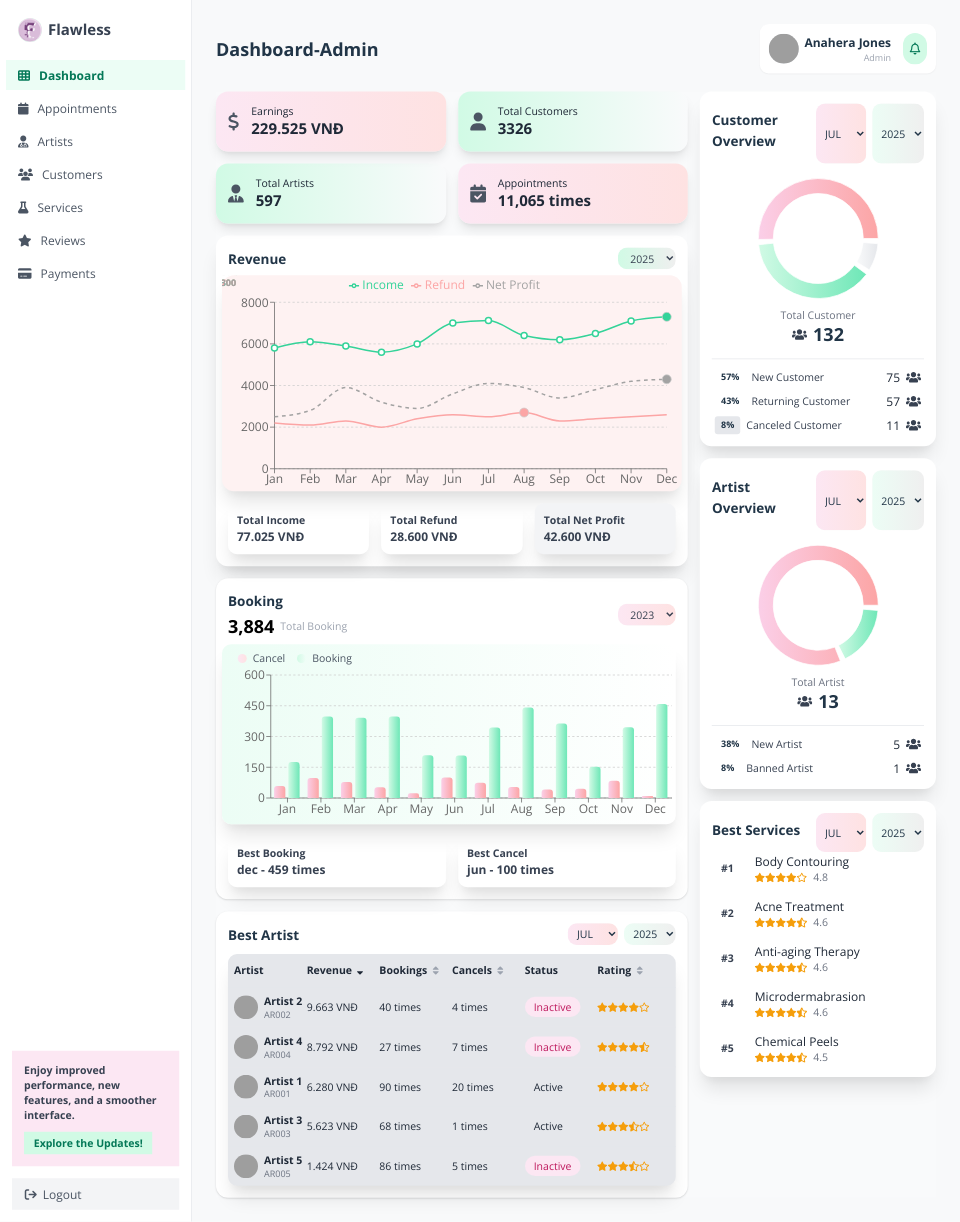
Repository: NguyenNgoQuangHoang/flawless
Page: /dashboard-admin
The author's editor kept a copy of each file at every save. The page is drawn from the files as they stood at one save, then again after the next save.
The browser window is 1280 px wide. The pictures show the whole page, at 75% of full size.
Pictures or frames that could not be fetched are drawn as grey boxes. The project was rebuilt for these pictures with package versions that can differ from the ones it lists, and the page was loaded fresh each time. Also part of the build but not shown: vite.config.ts, src/components/SearchFilterBar.tsx, src/components/CustomerTableRow.tsx, src/components/ItemsPerPageSelector.tsx, src/components/Pagination.tsx, src/components/CustomerTable.tsx, src/pages/Appointments.tsx, src/components/CustomerListTable.tsx and 17 more.

Above is the page before, as saved 2025-07-13 10:36:35.

### index.html
<!doctype html>
<html lang="en">
  <head>
    <meta charset="UTF-8" />
    <link rel="icon" type="image/svg+xml" href="/public/logo-flawless.png" />
    <meta name="viewport" content="width=device-width, initial-scale=1.0" />
    <title>Flawless</title>
    <link href="https://fonts.googleapis.com/css2?family=Allura&display=swap" rel="stylesheet">
    <link rel="stylesheet" href="https://fonts.googleapis.com/css2?family=Open+Sans:wght@400;700&display=swap" />
    <link rel="stylesheet" href="https://cdnjs.cloudflare.com/ajax/libs/font-awesome/6.5.0/css/all.min.css" />
  </head>
  <body>
    <div id="root"></div>
    <script type="module" src="/src/main.tsx"></script>
  </body>
</html>

### src/main.tsx
import { StrictMode } from 'react'
import { createRoot } from 'react-dom/client'
import './index.css'
import App from './App.tsx'
import { Provider } from 'react-redux'
import { store } from './redux/store'

createRoot(document.getElementById('root')!).render(
  <StrictMode>
    <Provider store={store}>
      <App />
    </Provider>
  </StrictMode>,
)

### src/index.css
/* Custom styles can be added below */
@import './styles/global.css';
@tailwind base;
@tailwind components;
@tailwind utilities;


body {
  margin: 0;
  padding: 0;
  width: 100vw;
  min-height: 100vh;
  overflow-x: hidden;
  font-family: 'Open Sans', system-ui, sans-serif;
  background: #f8f9fa;
}

:root {
  color-scheme: light dark;
  color: rgba(255, 255, 255, 0.87);
  background-color: #242424;

  font-synthesis: none;
  text-rendering: optimizeLegibility;
  -webkit-font-smoothing: antialiased;
  -moz-osx-font-smoothing: grayscale;
}

a {
  font-weight: 500;
  color: #646cff;
  text-decoration: inherit;
}
a:hover {
  color: #535bf2;
}

h1 {
  font-size: 3.2em;
  line-height: 1.1;
}

button {
  border-radius: 8px;
  border: 1px solid transparent;
  padding: 0.6em 1.2em;
  font-size: 1em;
  font-weight: 500;
  font-family: inherit;
  background-color: #1a1a1a;
  cursor: pointer;
  transition: border-color 0.25s;
}
button:hover {
  border-color: #646cff;
}
button:focus,
button:focus-visible {
  outline: 4px auto -webkit-focus-ring-color;
}

@media (prefers-color-scheme: light) {
  :root {
    color: #213547;
    background-color: #ffffff;
  }
  a:hover {
    color: #747bff;
  }
  button {
    background-color: #f9f9f9;
  }
}

### src/styles/global.css
/* Global styles */
* {
  margin: 0;
  padding: 0;
  box-sizing: border-box;
}

body {
  font-family: 'Open Sans', system-ui, -apple-system, BlinkMacSystemFont, 'Segoe UI', Roboto, Oxygen, Ubuntu, Cantarell, 'Helvetica Neue', sans-serif;
  -webkit-font-smoothing: antialiased;
  -moz-osx-font-smoothing: grayscale;
}

### src/components/Layout.tsx
// import Header from "./Header";
// import Sidebar from "./Sidebar";
// export default function Layout({ children }: { children: React.ReactNode }) {
//   return (
//     <div className="w-full max-w-[100vw] overflow-x-hidden">
//       <div className="flex min-h-screen bg-[#f8f9fa]">
//         <Sidebar/>
//         <main className="flex-1 p-2 sm:p-4 md:p-8 w-full max-w-[100vw] overflow-x-hidden">
//           <Header/>
//           {children}
//         </main>
//       </div>
//     </div>
//   )
// }

import { Outlet } from "react-router-dom";
import Header from "./Header";
import Sidebar from "./Sidebar";

export default function Layout() {
  return (
    <div className="w-full max-w-[100vw] overflow-x-hidden">
      <div className="flex min-h-screen bg-[#f8f9fa]">
        <Sidebar />
        <main className="flex-1 p-2 sm:p-4 md:p-8 w-full max-w-[100vw] overflow-x-hidden">
          <Header />
          <Outlet /> {/* Thay vì children */}
        </main>
      </div>
    </div>
  );
}

### src/pages/DashBoardAdminPage.tsx
import DashboardAdmin from "../components/DashboardAdmin";

export default function DashboardAdminPage() {
    return (
        <>
            <DashboardAdmin/>
        </>
    );
  }

### src/redux/slices/searchSlice.ts
import { createSlice } from '@reduxjs/toolkit';

interface SearchState {
  customerSearch: string;
  artistSearch: string;
  artistSearchReview: string;
  date: string;
}

// const today = new Date().toISOString().slice(0, 10);

const initialState: SearchState = {
  customerSearch: '',
  artistSearch: '',
  artistSearchReview: '',
  date: '',
};

const searchSlice = createSlice({
  name: 'search',
  initialState,
  reducers: {
    setCustomerSearch(state, action: { payload: string }) {
      state.customerSearch = action.payload;
    },
    setArtistSearch(state, action: { payload: string }) {
      state.artistSearch = action.payload;
    },
    setArtistSearchReview(state, action: { payload: string }) {
      state.artistSearchReview = action.payload;
    },
    setDate(state, action: { payload: string }) {
      state.date = action.payload;
    },
  },
});

export const { setCustomerSearch, setArtistSearch, setArtistSearchReview, setDate } = searchSlice.actions;
export default searchSlice.reducer;

### src/redux/slices/revenueSlice.ts
// src/redux/slices/revenueSlice.ts
import { createSlice, createAsyncThunk } from "@reduxjs/toolkit";

export const fetchTotalRevenue = createAsyncThunk(
  "revenue/fetchTotalRevenue",
  async () => {
    const res = await fetch("/api/totalRevenue.json");
    if (!res.ok) throw new Error("Failed to fetch totalRevenue.json");
    return await res.json();
  }
);

const revenueSlice = createSlice({
  name: "revenue",
  initialState: {
    data: null as any, // instead of `null`
    loading: false,
    error: null as string | null,
  },
  reducers: {},
  extraReducers: (builder) => {
    builder
      .addCase(fetchTotalRevenue.pending, (state) => {
        state.loading = true;
        state.error = null;
      })
      .addCase(fetchTotalRevenue.fulfilled, (state, action) => {
        state.loading = false;
        state.data = action.payload;
      })
      .addCase(fetchTotalRevenue.rejected, (state, action) => {
        state.loading = false;
        state.error = action.error.message || "Error fetching data";
      });
  },
});

export default revenueSlice.reducer;

### src/redux/slices/bookingSlice.ts
import { createSlice, createAsyncThunk } from "@reduxjs/toolkit";

export const fetchTotalBooking = createAsyncThunk(
  "booking/fetchTotalBooking",
  async () => {
    const res = await fetch("/api/totalBooking.json");
    if (!res.ok) throw new Error("Failed to fetch totalBooking.json");
    return await res.json();
  }
);

const bookingSlice = createSlice({
  name: "booking",
  initialState: {
    data: null as any, // instead of `null`
    loading: false,
    error: null as string | null,
  },
  reducers: {},
  extraReducers: (builder) => {
    builder
      .addCase(fetchTotalBooking.pending, (state) => {
        state.loading = true;
        state.error = null;
      })
      .addCase(fetchTotalBooking.fulfilled, (state, action) => {
        state.loading = false;
        state.data = action.payload;
      })
      .addCase(fetchTotalBooking.rejected, (state, action) => {
        state.loading = false;
        state.error = action.error.message || "Error fetching data";
      });
  },
});

export default bookingSlice.reducer;

### src/redux/slices/bestArtistSlice.ts
import { createSlice, createAsyncThunk } from "@reduxjs/toolkit";

export const fetchBestArtist = createAsyncThunk(
  "bestArtist/fetchBestArtist",
  async () => {
    const res = await fetch("/api/bestArtist.json");
    if (!res.ok) throw new Error("Failed to fetch bestArtist.json");
    return await res.json();
  }
);

const bestArtistSlice = createSlice({
  name: "bestArtist",
  initialState: {
    data: null as any, // instead of `null`
    loading: false,
    error: null as string | null,
  },
  reducers: {},
  extraReducers: (builder) => {
    builder
      .addCase(fetchBestArtist.pending, (state) => {
        state.loading = true;
        state.error = null;
      })
      .addCase(fetchBestArtist.fulfilled, (state, action) => {
        state.loading = false;
        state.data = action.payload;
      })
      .addCase(fetchBestArtist.rejected, (state, action) => {
        state.loading = false;
        state.error = action.error.message || "Error fetching data";
      });
  },
});

export default bestArtistSlice.reducer;

### src/redux/slices/bestServiceSlice.ts
import { createSlice, createAsyncThunk } from "@reduxjs/toolkit";

export const fetchBestService = createAsyncThunk(
  "bestService/fetchBestService",
  async () => {
    const res = await fetch("/api/bestService.json");
    if (!res.ok) throw new Error("Failed to fetch bestService.json");
    return await res.json();
  }
);

const bestServiceSlice = createSlice({
  name: "bestService",
  initialState: {
    data: null as any, // instead of `null`
    loading: false,
    error: null as string | null,
  },
  reducers: {},
  extraReducers: (builder) => {
    builder
      .addCase(fetchBestService.pending, (state) => {
        state.loading = true;
        state.error = null;
      })
      .addCase(fetchBestService.fulfilled, (state, action) => {
        state.loading = false;
        state.data = action.payload;
      })
      .addCase(fetchBestService.rejected, (state, action) => {
        state.loading = false;
        state.error = action.error.message || "Error fetching data";
      });
  },
});

export default bestServiceSlice.reducer;

### src/redux/slices/customerSlice.ts
import { createSlice, createAsyncThunk } from "@reduxjs/toolkit";

export const fetchTotalCustomer = createAsyncThunk(
  "customer/fetchTotalCustomer",
  async () => {
    const res = await fetch("/api/totalCustomer.json");
    if (!res.ok) throw new Error("Failed to fetch totalCustomer.json");
    return await res.json();
  }
);

const customerSlice = createSlice({
  name: "customer",
  initialState: {
    data: null as any, // instead of `null`
    loading: false,
    error: null as string | null,
  },
  reducers: {},
  extraReducers: (builder) => {
    builder
      .addCase(fetchTotalCustomer.pending, (state) => {
        state.loading = true;
        state.error = null;
      })
      .addCase(fetchTotalCustomer.fulfilled, (state, action) => {
        state.loading = false;
        state.data = action.payload;
      })
      .addCase(fetchTotalCustomer.rejected, (state, action) => {
        state.loading = false;
        state.error = action.error.message || "Error fetching data";
      });
  },
});

export default customerSlice.reducer;

### src/redux/slices/artistSlice.ts
import { createSlice, createAsyncThunk } from "@reduxjs/toolkit";

export const fetchTotalArtist = createAsyncThunk(
  "artist/fetchTotalArtist",
  async () => {
    const res = await fetch("/api/totalArtist.json");
    if (!res.ok) throw new Error("Failed to fetch totalArtist.json");
    return await res.json();
  }
);

const artistSlice = createSlice({
  name: "artist",
  initialState: {
    data: null as any, // instead of `null`
    loading: false,
    error: null as string | null,
  },
  reducers: {},
  extraReducers: (builder) => {
    builder
      .addCase(fetchTotalArtist.pending, (state) => {
        state.loading = true;
        state.error = null;
      })
      .addCase(fetchTotalArtist.fulfilled, (state, action) => {
        state.loading = false;
        state.data = action.payload;
      })
      .addCase(fetchTotalArtist.rejected, (state, action) => {
        state.loading = false;
        state.error = action.error.message || "Error fetching data";
      });
  },
});

export default artistSlice.reducer;

### src/redux/slices/reviewSlice.ts
// src/redux/slices/reviewSlice.ts
import { createSlice, createAsyncThunk } from "@reduxjs/toolkit";
import axios from "axios";

export interface Review {
  id: string;
  customer: {
    idCu: string;
    nameCu: string;
    avatar: string;
  };
  artist: {
    idAr: string;
    nameAr: string;
  };
  service: string;
  message: string;
  rating: number;
  datetime: string;
}

interface ReviewState {
  totalReview: Review[];
  loading: boolean;
  error: string | null;
}

const initialState: ReviewState = {
  totalReview: [],
  loading: false,
  error: null,
};

export const fetchTotalReview = createAsyncThunk("review/fetchTotalReview", async () => {
  const response = await axios.get("/api/totalReview.json");
  return response.data.totalReview as Review[];
});

const reviewSlice = createSlice({
  name: "review",
  initialState,
  reducers: {},
  extraReducers: (builder) => {
    builder
      .addCase(fetchTotalReview.pending, (state) => {
        state.loading = true;
        state.error = null;
      })
      .addCase(fetchTotalReview.fulfilled, (state, action) => {
        state.loading = false;
        state.totalReview = action.payload;
      })
      .addCase(fetchTotalReview.rejected, (state, action) => {
        state.loading = false;
        state.error = action.error.message || "Failed to fetch reviews.";
      });
  },
});

export default reviewSlice.reducer;

### src/redux/slices/appointmentSlice.ts
import { createSlice, createAsyncThunk } from '@reduxjs/toolkit';
import axios from 'axios';
export interface Appointment {
    idCus: string,
    nameCus: string,
    avatarCus: string,
    datetime: string,
    nameAr: string,
    service: string,
    status: string
  }
interface AppointmentState {
    totalAppointment: Appointment[];
    loading: boolean;
    error: string | null;
  }
const initialState: AppointmentState = {
    totalAppointment: [],
    loading: false,
    error: null,
  };
// Giả lập API call
export const fetchTotalAppointment = createAsyncThunk(
  'appointment/fetchTotalAppointment',
  async () => {
    const response = await axios.get('/api/totalAppointment.json'); // Đảm bảo file này nằm trong public/
    return response.data.totalAppointment as Appointment[];
  }
);

const totalAppointmentSlice = createSlice({
  name: 'appointment',
  initialState,
  reducers: {
    // Thêm reducer tùy chỉnh nếu cần
  },
  extraReducers: (builder) => {
    builder
      .addCase(fetchTotalAppointment.pending, (state) => {
        state.loading = true;
        state.error = null;
      })
      .addCase(fetchTotalAppointment.fulfilled, (state, action) => {
        state.loading = false;
        state.totalAppointment = action.payload;
      })
      .addCase(fetchTotalAppointment.rejected, (state, action) => {
        state.loading = false;
        state.error = action.error.message || "Failed to fetch reviews.";
      });
  },
});

export default totalAppointmentSlice.reducer;

### src/redux/slices/customerListSlice.ts
import { createSlice, createAsyncThunk } from "@reduxjs/toolkit";
import axios from "axios";
import type { CustomerItem, CustomerListState } from "../../types/CustomerItem";

const initialState: CustomerListState = {
	customerList: [],
	loading: false,
	error: null,
};

export const fetchCustomerList = createAsyncThunk(
	"customerList/fetchCustomerList",
	async () => {
		const response = await axios.get("/api/customerList.json");
        console.log("customerListSlice: " + response.data.customerList);
		return response.data.customerList as CustomerItem[];
	},
);

const customerListSlice = createSlice({
	name: "customerList",
	initialState,
	reducers: {},
	extraReducers: (builder) => {
		builder
			.addCase(fetchCustomerList.pending, (state) => {
				state.loading = true;
				state.error = null;
			})
			.addCase(fetchCustomerList.fulfilled, (state, action) => {
				state.loading = false;
				state.customerList = action.payload;
			})
			.addCase(fetchCustomerList.rejected, (state, action) => {
				state.loading = false;
				state.error = action.error.message || "Failed to fetch customerList.";
			});
	},
});

export default customerListSlice.reducer;

### src/components/Header.tsx
import UserMenu from "./UserMenu";
import { useLocation } from "react-router-dom";

export default function Header() {
  const { pathname } = useLocation();
  const label = pathname.split("/")[1] || "Appointments";
  return (
    <div className="flex flex-col sm:flex-row justify-between items-stretch sm:items-center mb-6">
      <h1 className="text-2xl font-bold capitalize">{label}</h1>
      <UserMenu/>
    </div>
  )
}

### src/components/UserMenu.tsx
export default function UserMenu() {
  return (
    <div className="flex items-center gap-4 bg-white rounded-xl p-3 shadow-sm">
      <div className="flex items-center gap-2">
        <span className="w-10 h-10 rounded-full bg-gray-200 flex items-center justify-center">
          <img
            src="https://randomuser.me/api/portraits/women/44.jpg"
            alt="avatar"
            className="w-10 h-10 rounded-full object-cover"
          />
        </span>
        <div className="text-right">
          <div className="font-semibold">Anahera Jones</div>
          <div className="text-xs text-gray-400">Admin</div>
        </div>
      </div>
      <button className="bg-green-100 text-green-700 p-2 rounded-full">
        <i className="fa-regular fa-bell"></i>
      </button>
    </div>
  )
}

### src/components/SidebarNavItem.tsx
import { NavLink } from "react-router-dom";

interface SidebarNavItemProps {
  icon: string
  label: string
  // active?: boolean
  badge?: number
  regular?: boolean
  path: string
}

export default function SidebarNavItem({ icon, label, path, badge, regular}: SidebarNavItemProps) {
  const iconClass = `${regular ? 'fa-regular' : 'fa-solid'} ${icon}`
  return (
    <NavLink
      to={path}
      className={({ isActive }) =>
        `flex items-center gap-3 px-4 py-2 rounded-lg relative ${
          isActive
            ? "bg-green-50 text-green-700 font-semibold"
            : "text-gray-600 hover:bg-gray-100"
        }`
      }
    >
      <i className={iconClass}></i> {label}
      {badge && (
        <span className="absolute right-4 top-2 bg-red-400 text-white text-xs rounded-full px-2">
          {badge}
        </span>
      )}
    </NavLink>
  )
}

### src/components/SidebarUpdateCard.tsx
export default function SidebarUpdateCard() {
  return (
    <div className="bg-pink-100 rounded-lg p-4 text-sm text-gray-700 mb-4">
      <div className="font-semibold mb-1">
        Enjoy improved performance, new features, and a smoother interface.
      </div>
      <button className="bg-green-100 text-green-700 px-3 py-1 rounded-lg font-semibold mt-2">
        Explore the Updates!
      </button>
    </div>
  )
}

Loaded but not shown: public/api/bestArtist.json (1891 lines, source omitted); public/api/bestService.json (991 lines, source omitted); public/api/totalCustomer.json (241 lines, source omitted); public/api/totalArtist.json (205 lines, source omitted); public/api/totalRevenue.json (187 lines, source omitted); public/api/totalBooking.json (127 lines, source omitted); tailwind.config.js (37 lines, source omitted); src/components/DashboardAdmin.tsx (1160 lines, source omitted); src/redux/slices/authSlice.ts (122 lines, source omitted); src/App.tsx (55 lines, source omitted); src/redux/slices/artistListSlice.ts (100 lines, source omitted); src/redux/store.ts (48 lines, source omitted); src/components/Sidebar.tsx (42 lines, source omitted)

After the next save:
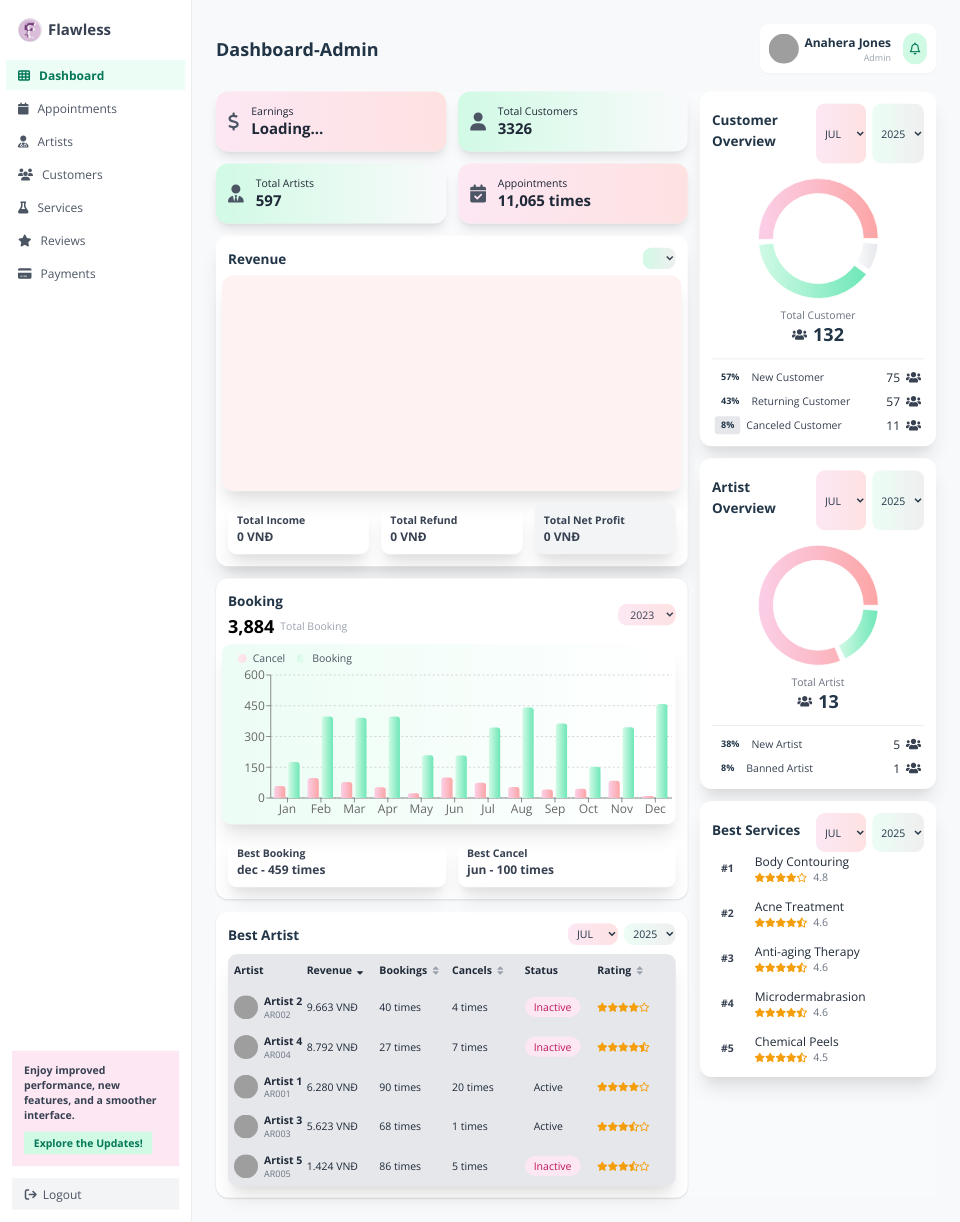
Saved 5 min 44 s later.
--- a/src/redux/slices/revenueSlice.ts
+++ b/src/redux/slices/revenueSlice.ts
@@ -1,22 +1,81 @@
 // src/redux/slices/revenueSlice.ts
 import { createSlice, createAsyncThunk } from "@reduxjs/toolkit";
+import axios from "axios";
+import type { RootState } from "../store";
+
+interface RevenueData {
+  totalIncomeAllYear: number;
+  perYear: Array<{
+    year: number;
+    totalIncomePerYear: number;
+    totalNetProfitPerYear: number;
+    totalRefundPerYear: number;
+    totalPayoutForArtist: number;
+    bestIncome: {
+      month: string;
+      value: number;
+    };
+    bestNetProfit: {
+      month: string;
+      value: number;
+    };
+    bestRefund: {
+      month: string;
+      value: number;
+    };
+    income: Record<string, number>;
+    refund: Record<string, number>;
+    netProfit: Record<string, number>;
+  }>;
+  isSuccess: boolean;
+  errorMessage: string;
+}
+
+interface RevenueState {
+  data: RevenueData | null;
+  loading: boolean;
+  error: string | null;
+}
 
 export const fetchTotalRevenue = createAsyncThunk(
   "revenue/fetchTotalRevenue",
-  async () => {
-    const res = await fetch("/api/totalRevenue.json");
-    if (!res.ok) throw new Error("Failed to fetch totalRevenue.json");
-    return await res.json();
+  async (_, { getState, rejectWithValue }) => {
+    try {
+      const state = getState() as RootState;
+      const token = state.auth.token;
+
+      if (!token) {
+        throw new Error("No token available");
+      }
+
+      const response = await axios.get(
+        "https://flawless-a2exc2hwcge8bbfz.canadacentral-01.azurewebsites.net/api/dashboard/tota-revenue",
+        {
+          headers: {
+            Authorization: `Bearer ${token}`,
+            accept: "*/*",
+          },
+        }
+      );
+
+      return response.data;
+    } catch (error: any) {
+      return rejectWithValue(
+        error.response?.data?.errorMessage || error.message || "Failed to fetch revenue data"
+      );
+    }
   }
 );
 
+const initialState: RevenueState = {
+  data: null,
+  loading: false,
+  error: null,
+};
+
 const revenueSlice = createSlice({
   name: "revenue",
-  initialState: {
-    data: null as any, // instead of `null`
-    loading: false,
-    error: null as string | null,
-  },
+  initialState,
   reducers: {},
   extraReducers: (builder) => {
     builder
@@ -30,7 +89,7 @@ const revenueSlice = createSlice({
       })
       .addCase(fetchTotalRevenue.rejected, (state, action) => {
         state.loading = false;
-        state.error = action.error.message || "Error fetching data";
+        state.error = action.payload as string || "Failed to fetch revenue data";
       });
   },
 });
